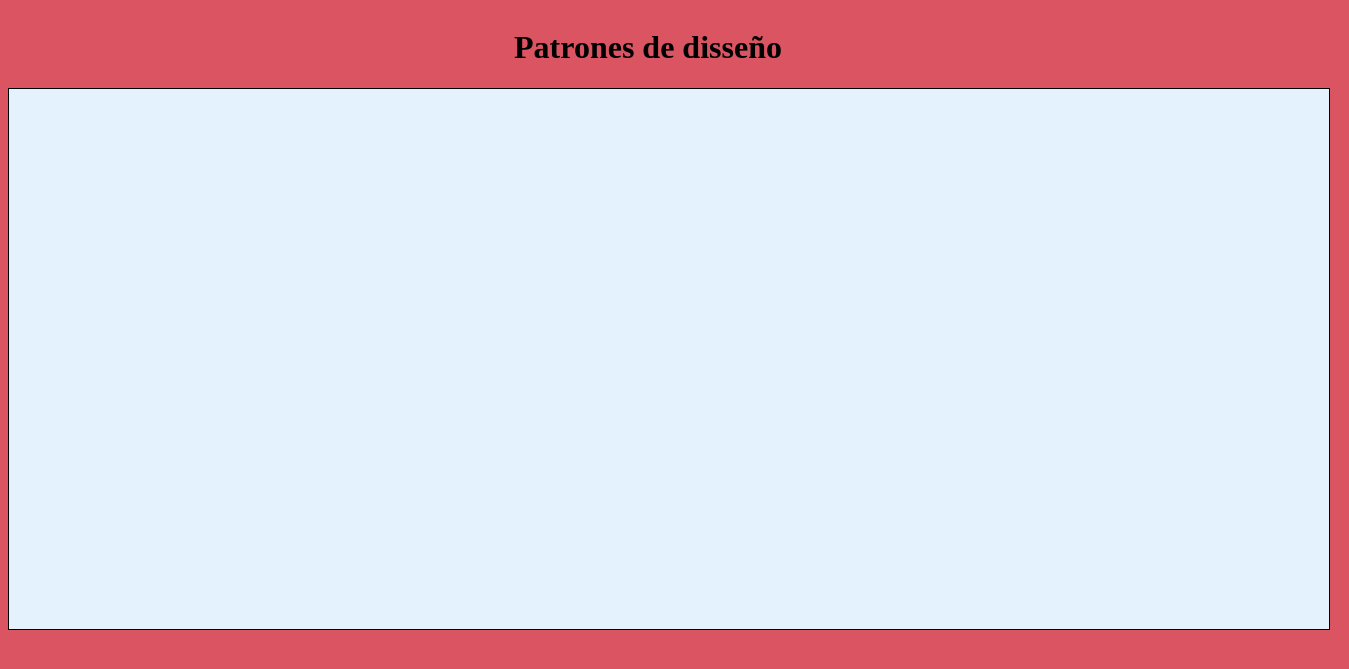
Repository: nrsWebs/design-pattern-es
Page: index.html
These files come from the project's save history. The page is drawn as it stood at one moment and after the next save; the edit follows.
The browser window is 1280 px wide. The page is 1330 px wide, then 1349 px, so the pictures cover 1349 px, including what lies to the right of the window. The pictures show the whole page.

Above is the page before, as saved 2021-02-06 18:14:52.

After the next save:
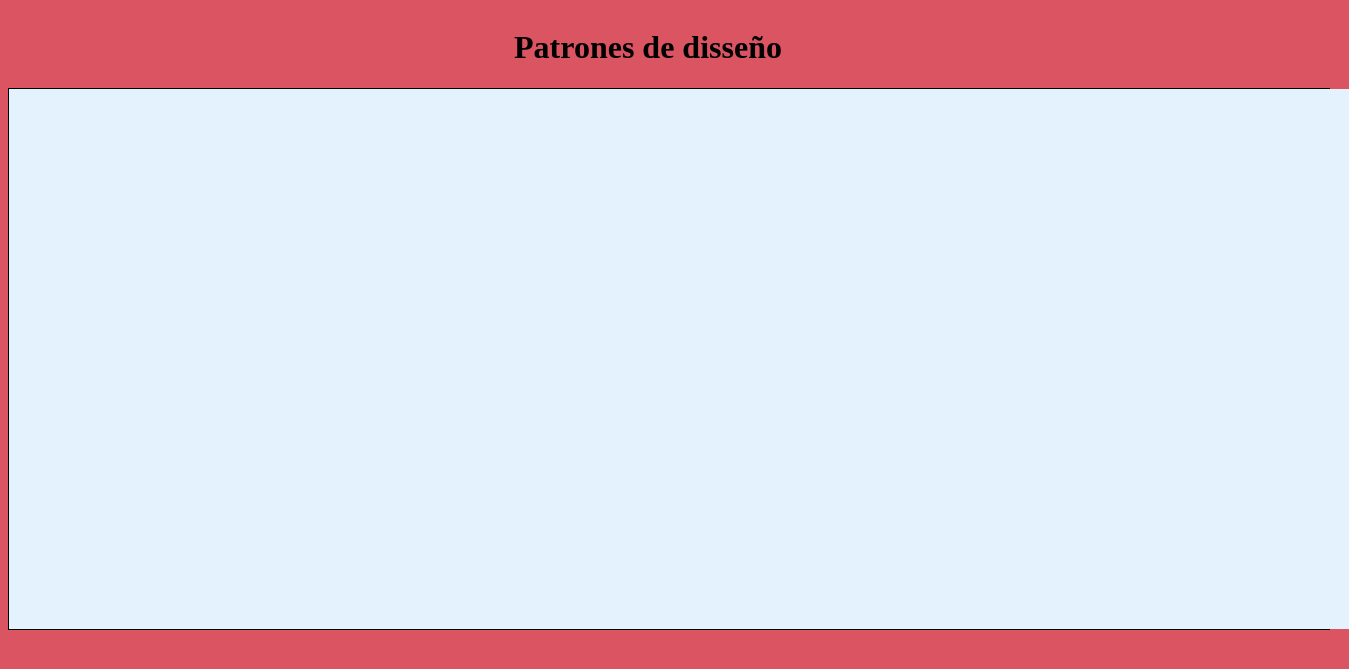
Saved 33 s later.
--- a/source/main.css
+++ b/source/main.css
@@ -33,10 +33,10 @@ h1{
 /* GLASS EFFECT */
 .glass{
     background: inherit;
-    width: 250px;
-    height: 350px;
+    width: 100%;
+    height: 100%;
     position: absolute;
-    overflow: hidden;  //adding overflow hidden
+    overflow: hidden;
 }
 .glass:before {
     content: “ ”;
